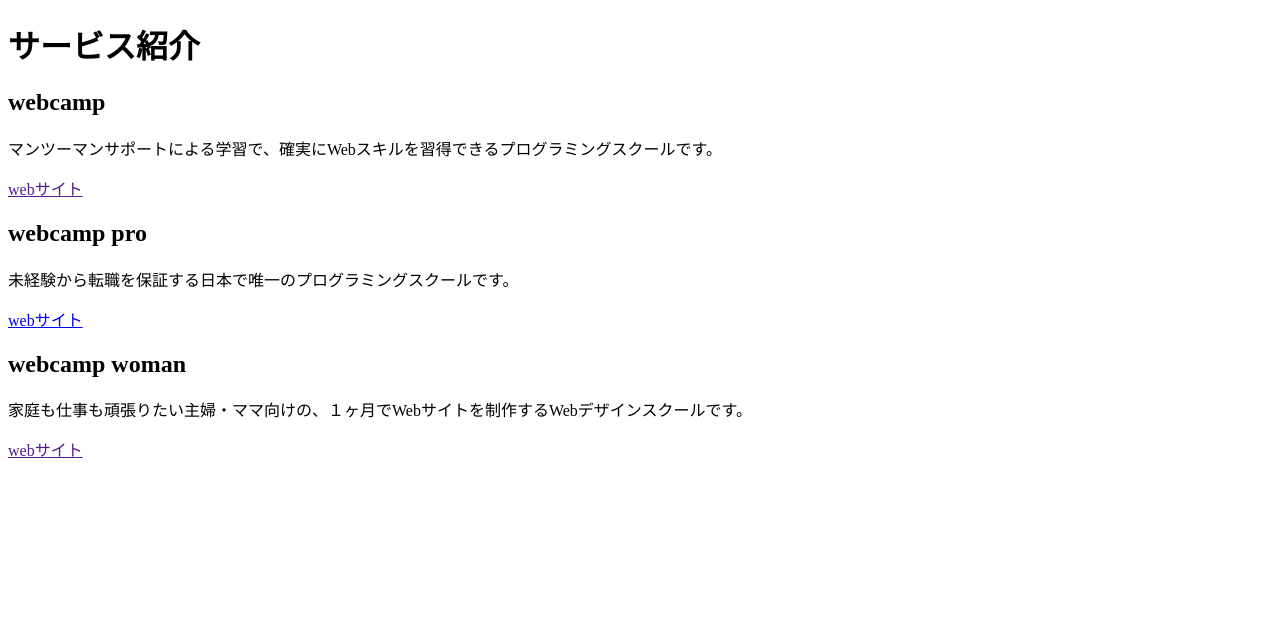
Repository: NANAKUNITA/chapter10
Page: htmlcss/nana.html
The author's editor kept a record of every edit. The page is drawn from the files as they stood at one moment, then again after the next edit.
The browser window is 1280 px wide. The pictures show the whole page.

Above is the page before.

After the next edit:
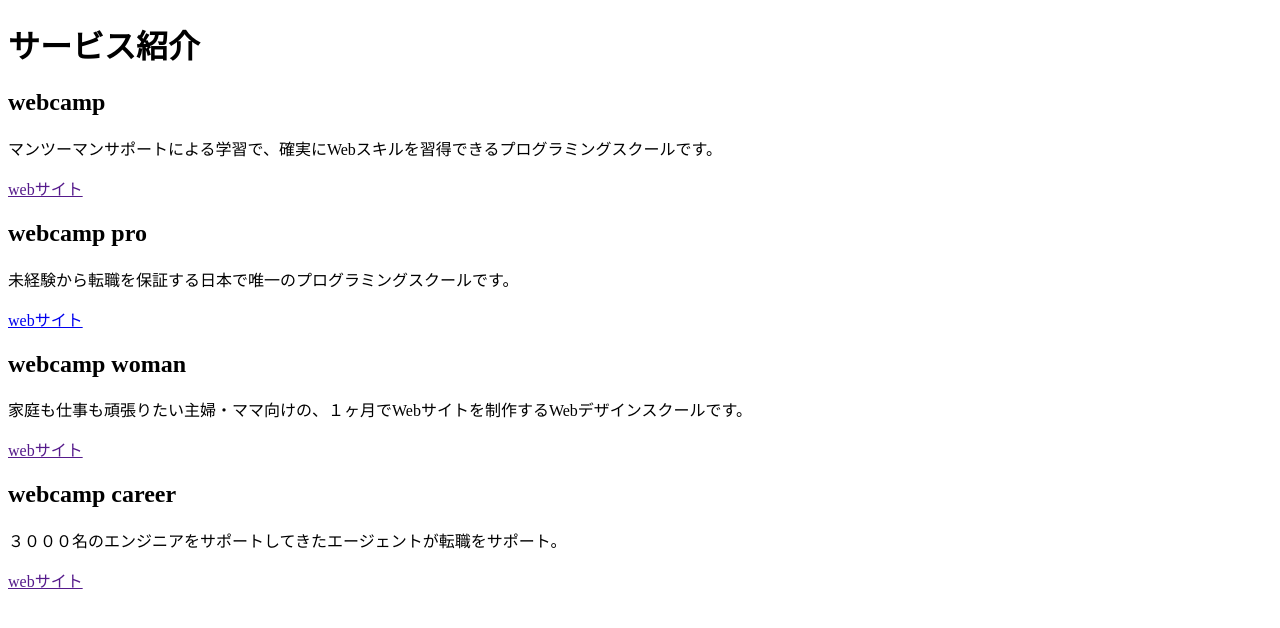
The edit:
--- a/htmlcss/nana.html
+++ b/htmlcss/nana.html
@@ -22,6 +22,8 @@
     <p>家庭も仕事も頑張りたい主婦・ママ向けの、１ヶ月でWebサイトを制作するWebデザインスクールです。</p>
     <a href="">webサイト</a>
 
-
+    <h2>webcamp career</h2>
+    <p>３０００名のエンジニアをサポートしてきたエージェントが転職をサポート。</p>
+    <a href="">webサイト</a>
   </body>
 </html>
